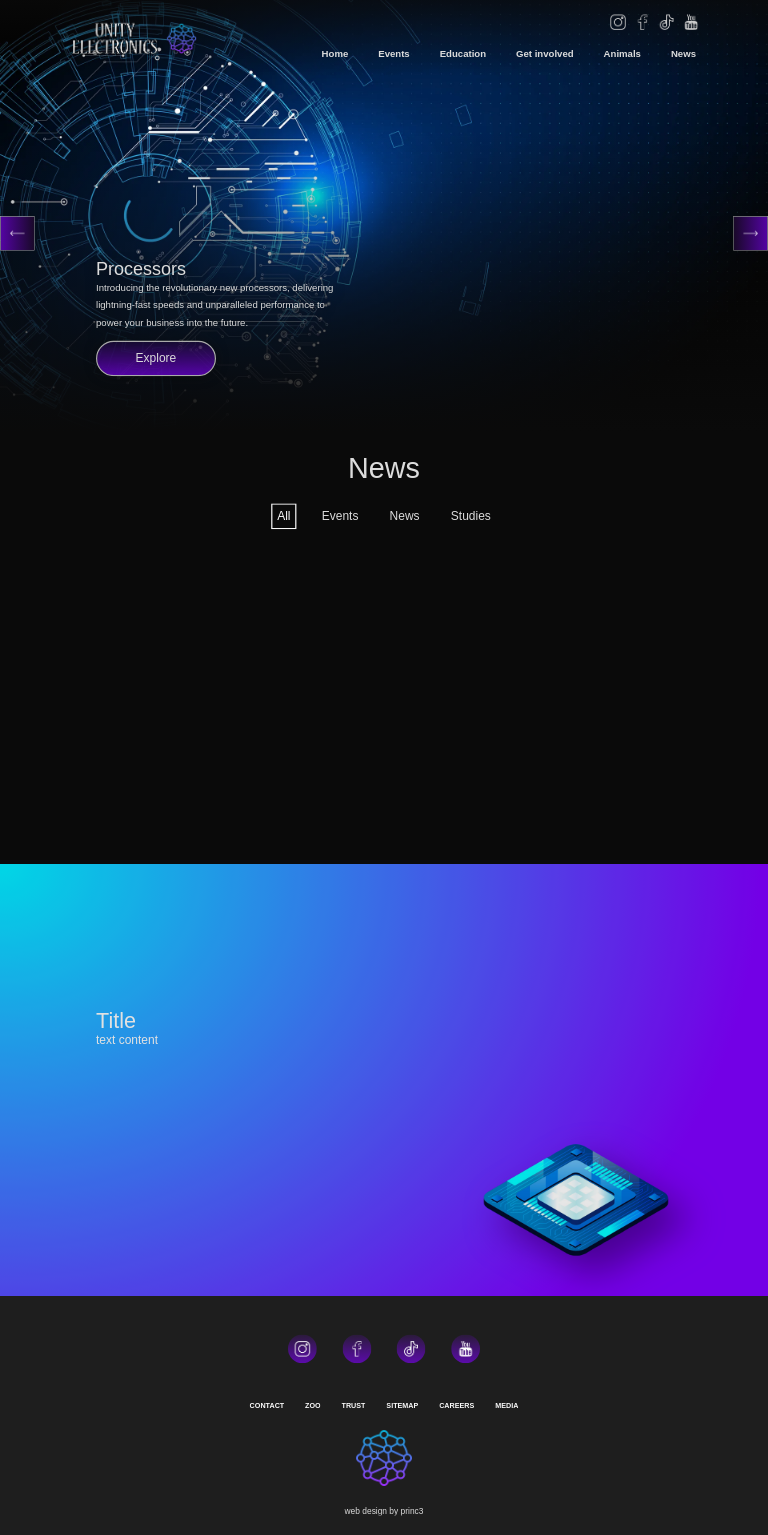
Repository: princ3-web/five
Page: /
An editor plug-in stored every save of this project. The page is shown before and after the next save, followed by the edit.
The browser window is 1280 px wide. The pictures show the whole page, at 60% of full size.
An inner scrolling area shows only its first screen. The project was rebuilt for these pictures with package versions that can differ from the ones it lists, and the page was loaded fresh each time. Also part of the build but not shown: src/css/subpage.module.css, src/pages/Events.jsx, src/pages/Education.jsx, src/pages/Membership.jsx, src/pages/Animals.jsx, src/pages/News.jsx, src/pages/Support.jsx.

Above is the page before, as saved 2023-05-08 18:55:12.

After the next save:
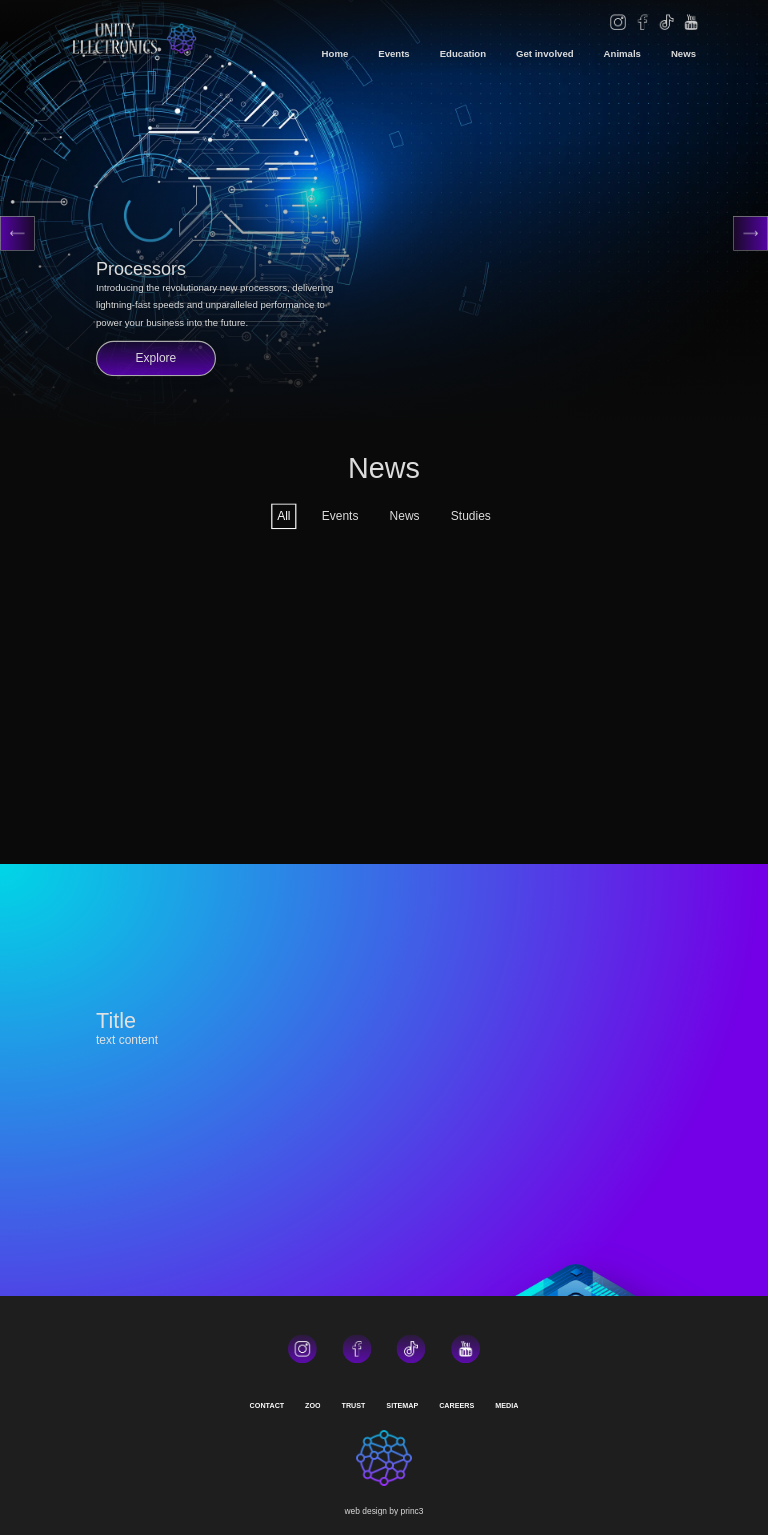
Saved 4 s later.
--- a/src/components/Objectscroller.jsx
+++ b/src/components/Objectscroller.jsx
@@ -28,7 +28,7 @@ const Objectscroller = () => {
         <img
           className={objectscroller.image}
           style={{
-            translate: "0px " + (- scrollPos / 3 + 200 + "px").toString(),
+            translate: "0px " + (- scrollPos / 3 + 400 + "px").toString(),
           }}
           src={require("../assets/images/object1.png")}
           alt=""
